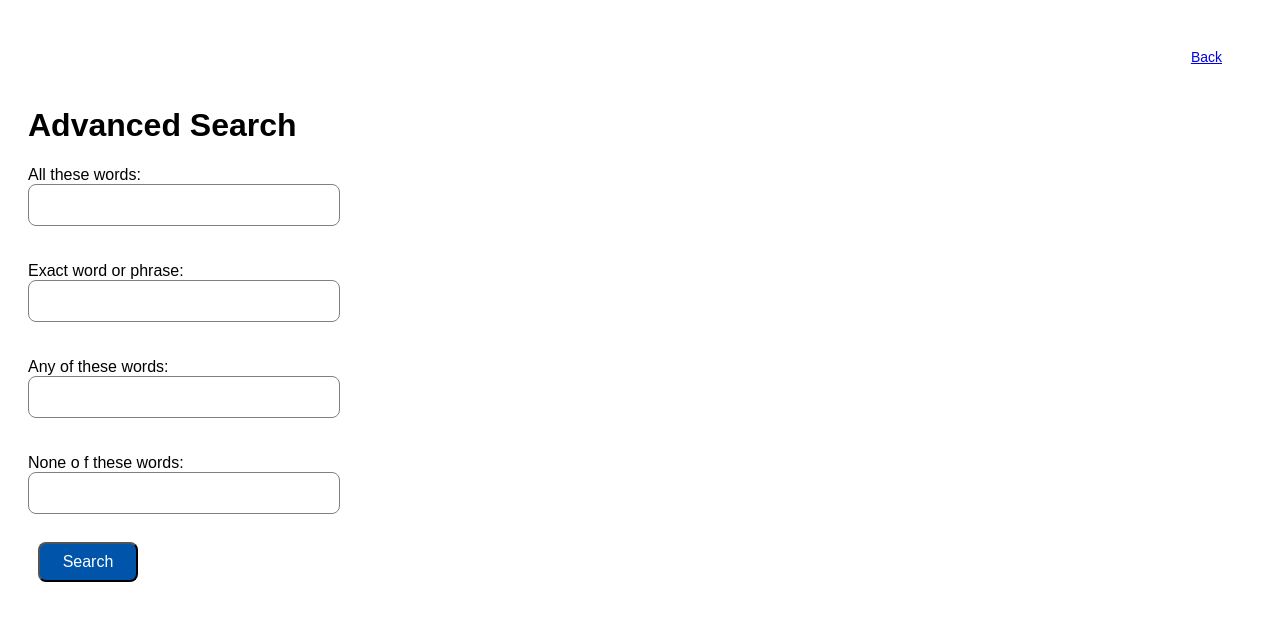
Repository: lyutok/cs50-search-project
Page: advanced.html
An editor plug-in stored every save of this project. The page is shown before and after the next save, followed by the edit.
The browser window is 1280 px wide. The pictures show the whole page.
The style sheet was rebuilt from its Sass, Less or Tailwind sources for each picture, by a compiler version that may differ from the author's.

Above is the page before, as saved 2025-07-08 19:08:35.

### advanced.html
<!DOCTYPE html>
<html lang="en">
<head>
    <meta name="viewport" content="width=device-width, initial-scale=1.0" charset="UTF-8">
    <title>Advanced Search</title>
    <link rel="stylesheet" href="styles.css">
    </head>
<body id="advanced_page">
    <div>
        <a href="google.html">Back</a>
    </div>
    <h1>Advanced Search</h1>
    <form action="https://www.google.com/search" style="display: flex; flex-direction: column; align-items: flex-start;">
        <label for="all-words">All these words:</label>
        <input type="text" id="all-words" name="as_q">
        <br><br>
        <label for="exact-word">Exact word or phrase:</label>
        <input type="text" id="exact-word" name="as_epq">
        <br><br>
        <label for="any-word">Any of these words:</label>
        <input type="text" id="any-word" name="as_oq">
        <br><br>
        <label for="none-words">None o f these words:</label>
        <input type="text" id="none-words" name="as_eq">
        <br>
        <button id="advanced" type="submit">Search</button>
    </form>
</body>
</html>

### styles.scss
$color: rgb(48, 177, 106);

a {
    font-size: 14px;
    padding: 10px;
}

body {
    font-family: Arial, sans-serif;
    padding: 20px;
    text-align: center;

    div {
        text-align: right;
        padding: 20px;
    }
}

input {
    width: 300px;
    height: 30px;
    border-radius: 8px;
    border: 1px solid grey;
    padding: 5px;
    font-size: 16px;
}

button {
    margin: 10px;
    border-radius: 8px;
    background-color: rgb(45, 128, 0);
    font-size: 16px;
    color: white;
    height: 40px;
    width: 100px;
}

#advanced {
  background-color: rgb(0, 85, 170);
}

button:hover {
                background-color: rgb(192, 196, 186);
            }

#advanced_page {
    text-align: left;
}

After the next save:
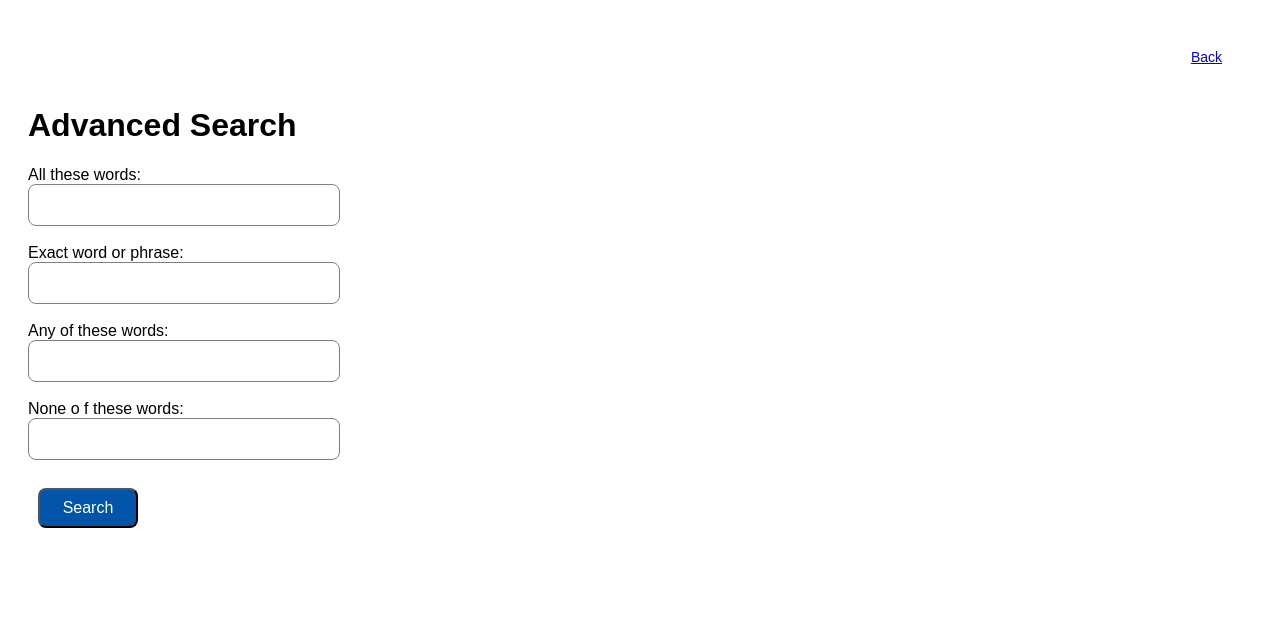
Saved 35 s later.
--- a/advanced.html
+++ b/advanced.html
@@ -13,13 +13,13 @@
     <form action="https://www.google.com/search" style="display: flex; flex-direction: column; align-items: flex-start;">
         <label for="all-words">All these words:</label>
         <input type="text" id="all-words" name="as_q">
-        <br><br>
+        <br>
         <label for="exact-word">Exact word or phrase:</label>
         <input type="text" id="exact-word" name="as_epq">
-        <br><br>
+        <br>
         <label for="any-word">Any of these words:</label>
         <input type="text" id="any-word" name="as_oq">
-        <br><br>
+        <br>
         <label for="none-words">None o f these words:</label>
         <input type="text" id="none-words" name="as_eq">
         <br>
